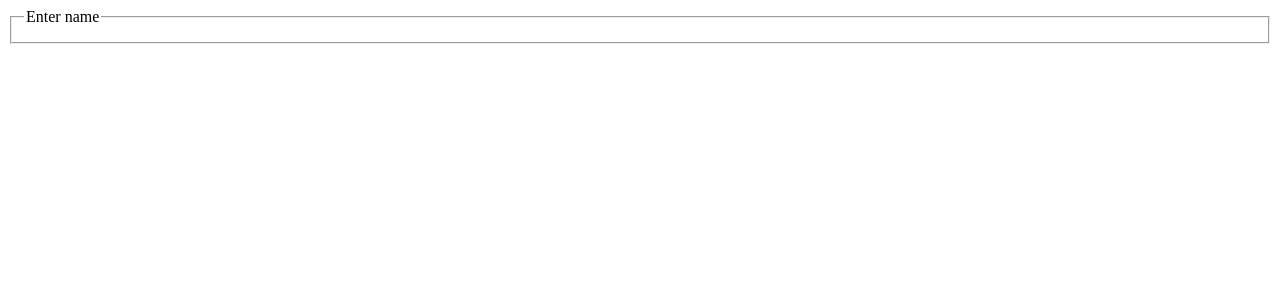
Repository: viram703/SpringBoot
Page: http://localhost/BootJpa/home.jsp
An editor plug-in stored every save of this project. The page is shown before and after the next save, followed by the edit.
The browser window is 1280 px wide. The pictures show the whole page.
The page is served by Tomcat 9. Other server files are loaded and not shown.

Above is the page before, as saved 2020-02-21 09:04:19.

### Boot/BootJpa/src/main/webapp/home.jsp
<%@ page language="java" contentType="text/html; charset=ISO-8859-1"
    pageEncoding="ISO-8859-1"%>
<!DOCTYPE html>
<html>
<head>
<meta charset="ISO-8859-1">
<title>Insert title here</title>
</head>
<body>
	<fieldset>
		<legend>
			<form action="addCustomer">
				<label>Enter name</label>

			</form>

		</legend>
	</fieldset>


</body>
</html>

After the next save:
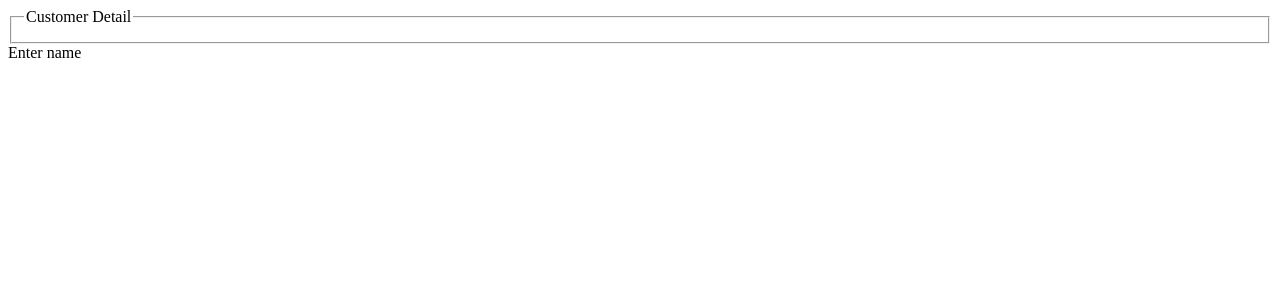
Saved 4 min 25 s later.
--- a/Boot/BootJpa/src/main/webapp/home.jsp
+++ b/Boot/BootJpa/src/main/webapp/home.jsp
@@ -7,16 +7,13 @@
 <title>Insert title here</title>
 </head>
 <body>
-	<fieldset>
-		<legend>
-			<form action="addCustomer">
-				<label>Enter name</label>
 
-			</form>
-
-		</legend>
-	</fieldset>
-
+	<form action="addCustomer">
+		<fieldset>
+			<legend>Customer Detail</legend>
+		</fieldset>
+		<label>Enter name</label>
+	</form>
 
 </body>
 </html>
